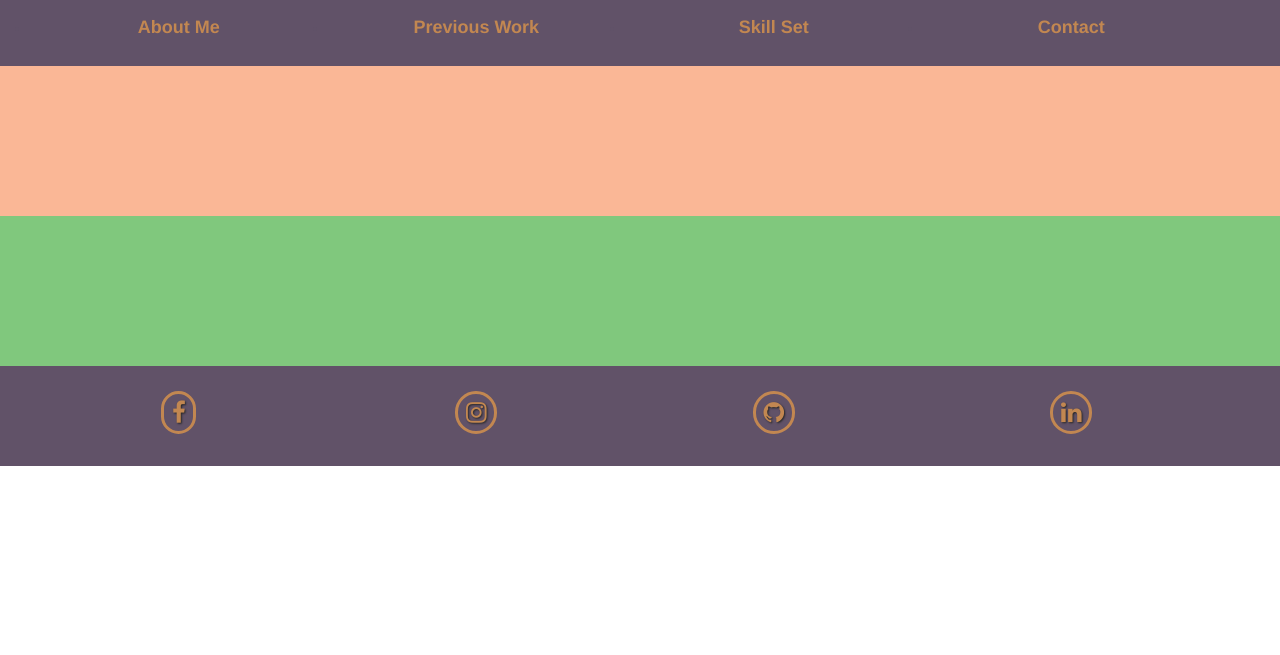
Repository: Rang3rDang3r/Portfolio
Page: main.html
The author's editor kept a record of every edit. The page is drawn from the files as they stood at one moment, then again after the next edit.
The browser window is 1280 px wide. The pictures show the whole page.

Above is the page before.

### main.html
<!DOCTYPE html>
<html lang="en">
<head>

    <meta charset="UTF-8">
    <meta name="viewport" content="width=device-width, initial-scale=1.0">
    <meta http-equiv="X-UA-Compatible" content="ie=edge">

    <!-- Stylesheets -->
    <link rel="stylesheet" href="main-style.css" type="text/css" />
    <link rel="stylesheet" href="https://maxcdn.bootstrapcdn.com/bootstrap/3.3.7/css/bootstrap.min.css">
    <link rel="stylesheet" href="https://maxcdn.bootstrapcdn.com/font-awesome/4.7.0/css/font-awesome.min.css" type="text/css" />
    <link href="https://fonts.googleapis.com/css?family=Arimo&display=swap" rel="stylesheet">
    <!-- /Stylesheets -->

    <title>Stuart Evans - Web Developer</title>

</head>
<body>

    <!-- Nav Bar -->
    <nav>
        <div class="container-fluid">
            <div class="row col-xs-12">
                <ul class="nav-bar col-xs-12">
                    <li class="nav-link col-xs-6 col-sm-3">
                        <a href="#">About Me</a>
                    </li>
                    <li class="nav-link col-xs-6 col-sm-3">
                        <a href="#">Previous Work</a>
                    </li>
                    <li class="nav-link col-xs-6 col-sm-3">
                        <a href="#">Skill Set</a>
                    </li>
                    <li class="nav-link col-xs-6 col-sm-3">
                        <a href="#">Contact</a>
                    </li>
                </ul>
            </div>
        </div>
    </nav>
    <!--/Nav Bar -->

    <!-- About Me -->
    <section>
        <div class="eton-blue"></div>
        <div class="dark-sea-green"></div>
        <div class="vivid-tangerine"></div>
        <div class="mantis"></div>
    </section>
    <!-- About Me -->

    <!-- Previous Work -->
    <section>

    </section>
    <!-- Previous Work -->

    <!-- Skill Set -->
    <section>

    </section>
    <!-- Skill Set -->

    <!-- Contact Form -->
    <section>

    </section>
    <!-- Contact Form -->

    <!-- Footer -->
    <footer>
        <div class="container-fluid">
            <div class="row col-xs-12">
                <ul class="footer-format col-xs-12">
                    <li class="footer-links col-xs-6 col-md-3">
                        <a href="https://www.facebook.com/ranger.danger.91" alt="Facebook" target="_blank"><i class="fa fa-facebook"></i></a>
                    </li>
                    <li class="footer-links col-xs-6 col-md-3">
                        <a href="https://www.instagram.com/rangerroo/" alt="Instagram" target="_blank"><i class="fa fa-instagram"></i></a>
                    </li>
                    <li class="footer-links col-xs-6 col-md-3">
                        <a href="https://github.com/Rang3rDang3r" alt="GitHub" target="_blank"><i class="fa fa-github"></i></a>
                    </li>
                    <li class="footer-links col-xs-6 col-md-3">
                        <a href="https://www.linkedin.com/in/stuart-evans-b672a6139/" alt="LinkedIn" target="_blank"><i class="fa fa-linkedin"></i></a>
                    </li>
                </ul>
            </div>
        </div>
    </footer>
    <!-- /Footer -->

</body>
</html>

### main-style.css
/*--- Font Family ---*/

@import url("https://fonts.googleapis.com/css?family=Arimo:100,200,300,400,500,600,700");

/*--- Background Images ---*/


/*--- Header Format ---*/

h1
h2
h3
h4
h5
h6 {
    font-family: "Arimo", sans-serif;
}

a {
    text-decoration: none !important;
}

/*--- Nav Bar ---*/

nav {
    background-color: #46344e;
    opacity: 0.85;
}

.nav-link {
    color: #46344e;
    text-align: center;
    margin-top: 15px;
    margin-bottom: 15px;
}

.nav-link a {
    color: rgb(184, 115, 51);
    font-family: "Arimo", sans-serif;
    font-weight: bold;
    font-size: large;
}

.nav-link a:hover {
    color: #ffffff;
    transition-duration: 1s;
    transition-timing-function: ease-in-out;
}

/*--- Footer ---*/

footer{
    clear: both;
    min-height: 100px;
    background-color: #46344e;
    opacity: 0.85;
    float: none;
}

.footer-links {
    text-align: center;
}

.footer-format {
    margin-bottom: 20px;
}

.footer-format li {
    color: #46344e;
    padding-top: 15px;
    padding-bottom: 15px;
    margin-top: 15px;
}

.footer-format li a {
    font-family: "Arimo", sans-serif;
    color: rgb(184, 115, 51);
    font-size: x-large;
    text-shadow: 1px 1px 2px #000000;
    padding: 5px 7.5px 5px 7.5px;
    border: 3px solid rgb(184, 115, 51);
    border-radius: 25px;
}

.footer-format li a:hover {
    color: #ffffff;
    border: 5px solid #ffffff;
    transition-duration: 1s;
    transition-timing-function: ease-in-out;
}

/*--- Media Queries ---*/

@media(min-width: 768px) {
    .footer-links {
        display: inline;
    }
}

.eton-blue {
    background-color: #f9ab84;
    padding-top: 75px;
    padding-bottom: 75px;
    opacity: 0.85;
    text-align: center;
    font-size: 75px;
}

.eton-blue-b {
    background-color: #f9ab84;
    opacity: 1;
    padding-top: 15px;
    padding-bottom:15px;

}
.mantis {
    background-color: #6abf67;
    padding-top: 75px;
    padding-bottom: 75px;
    opacity: 0.85;
    text-align: center;
    font-size: 75px;
}

.mantis-b {
    background-color: #6abf67;
    opacity: 1;
    padding-top: 15px;
    padding-bottom:15px;

}

After the next edit:
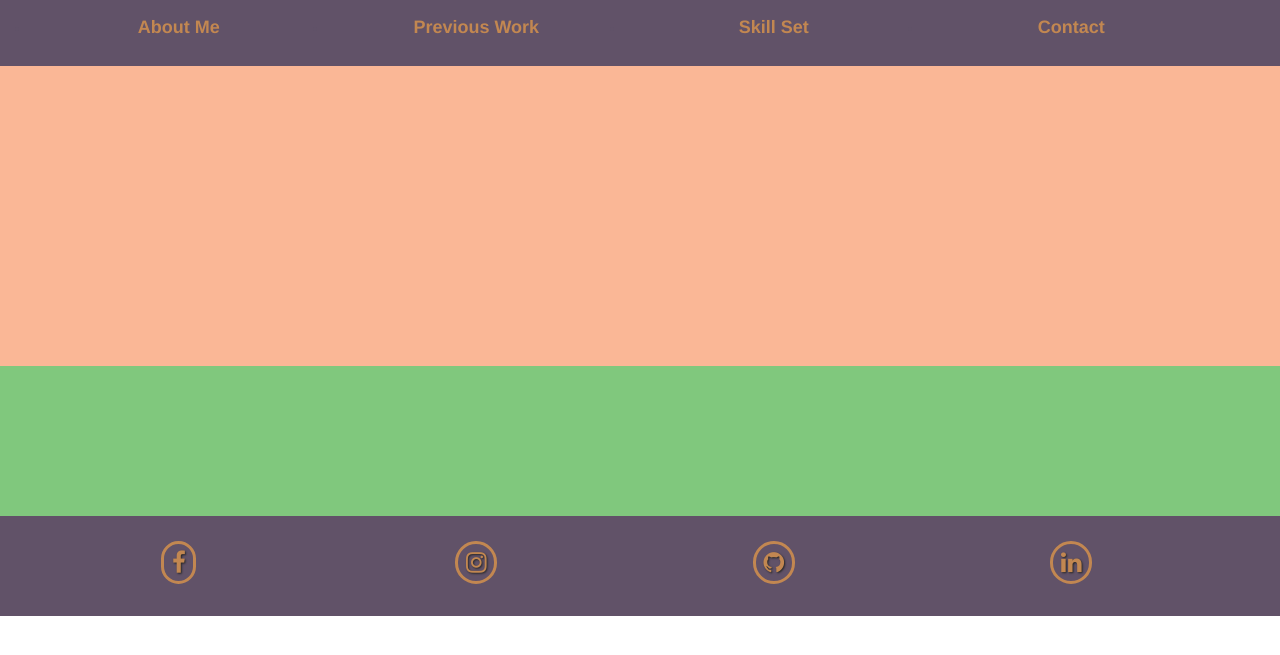
The edit:
--- a/main-style.css
+++ b/main-style.css
@@ -99,8 +99,8 @@
 
 .eton-blue {
     background-color: #f9ab84;
-    padding-top: 75px;
-    padding-bottom: 75px;
+    padding-top: 150px;
+    padding-bottom: 150px;
     opacity: 0.85;
     text-align: center;
     font-size: 75px;
